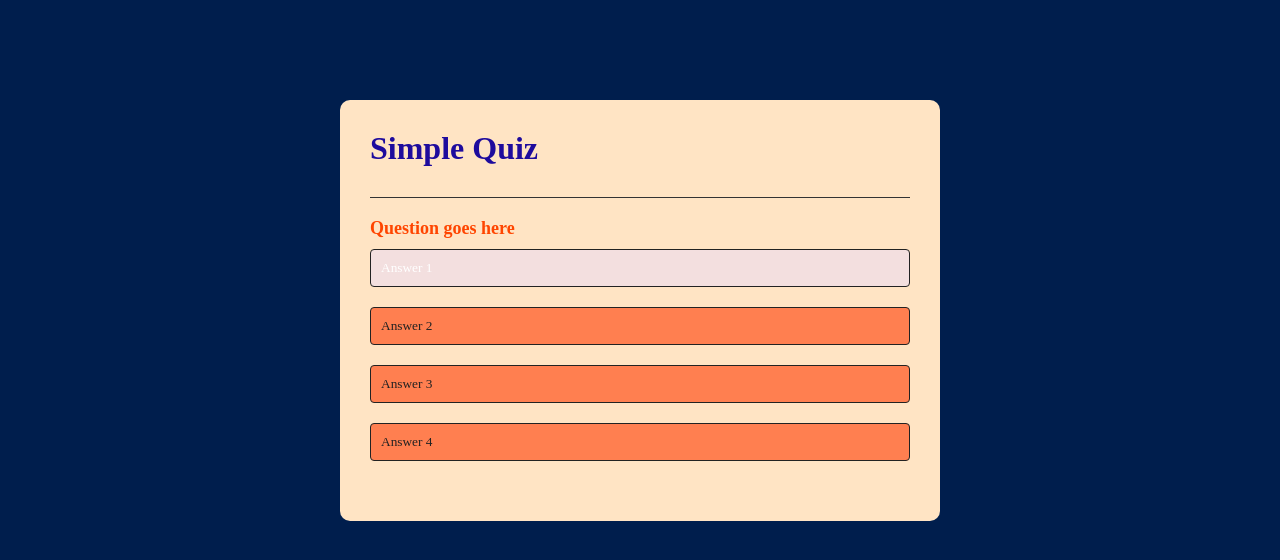
Repository: supriya123yadav/Quiz-project
Page: index.html
The author's editor kept a copy of each file at every save. The page is drawn from the files as they stood at one save, then again after the next save.
The browser window is 1280 px wide. The pictures show the whole page.
The pointer rests on the first visible `.btn`.

Above is the page before, as saved 2024-07-07 15:58:56.

After the next save:
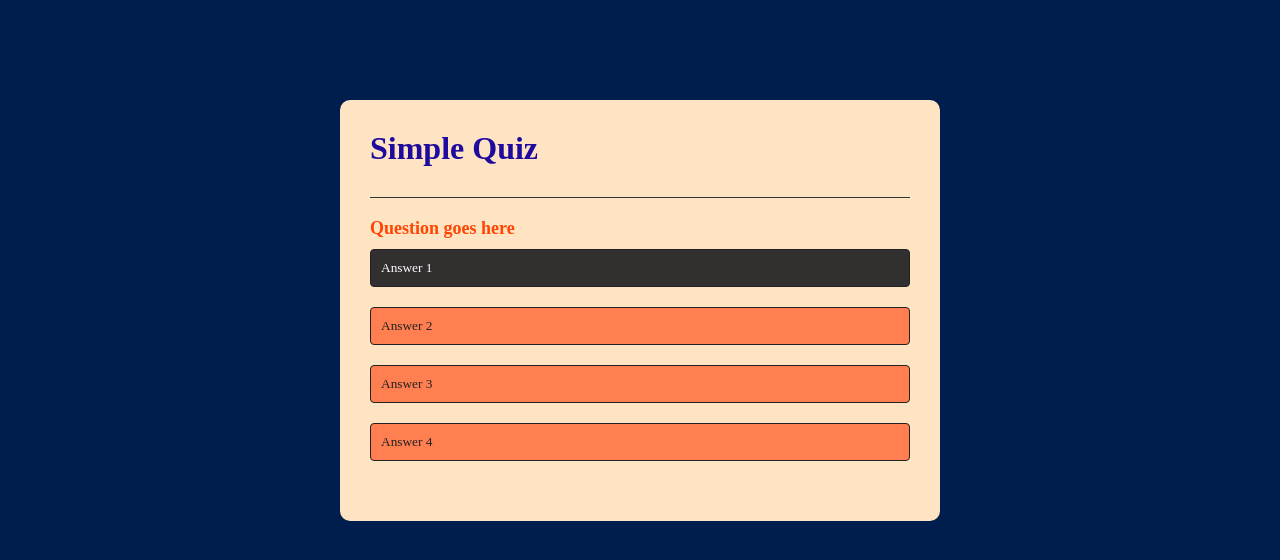
Saved 19 s later.
--- a/style.css
+++ b/style.css
@@ -47,7 +47,7 @@
     cursor: pointer;
 }
 .btn:hover{
-    background: rgb(243, 223, 223);
+    background: rgb(50, 47, 47);
     color: white;
 
 
